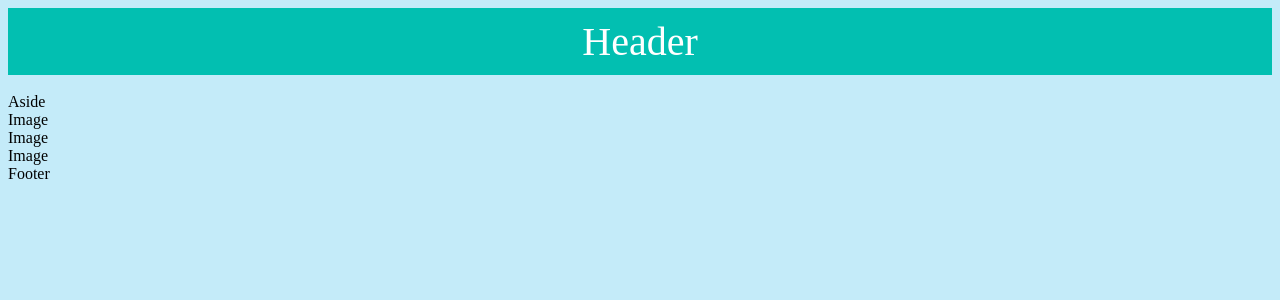
Repository: huyennvo/CSS
Page: flex-css-example/index.html
These files come from the project's save history. The page is drawn as it stood at one moment and after the next save; the edit follows.
The browser window is 1280 px wide. The pictures show the whole page.

Above is the page before, as saved 2022-07-18 10:37:27.

After the next save:
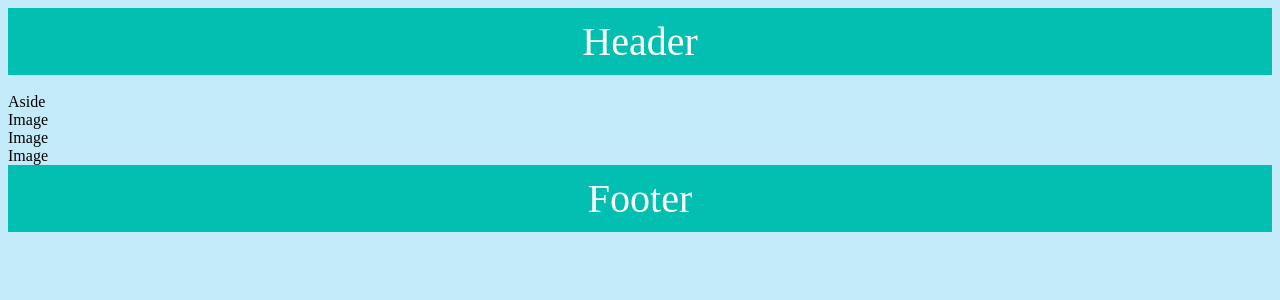
Saved 33 s later.
--- a/flex-css-example/index.css
+++ b/flex-css-example/index.css
@@ -9,6 +9,14 @@
     padding: 10px;
 }
 
+.footer {
+    background-color: #02BFB1;
+    text-align: center;
+    color: white;
+    font-size: 40px;
+    padding: 10px;
+}
+
 html {
     background-color: #C4EBF9;
 }
